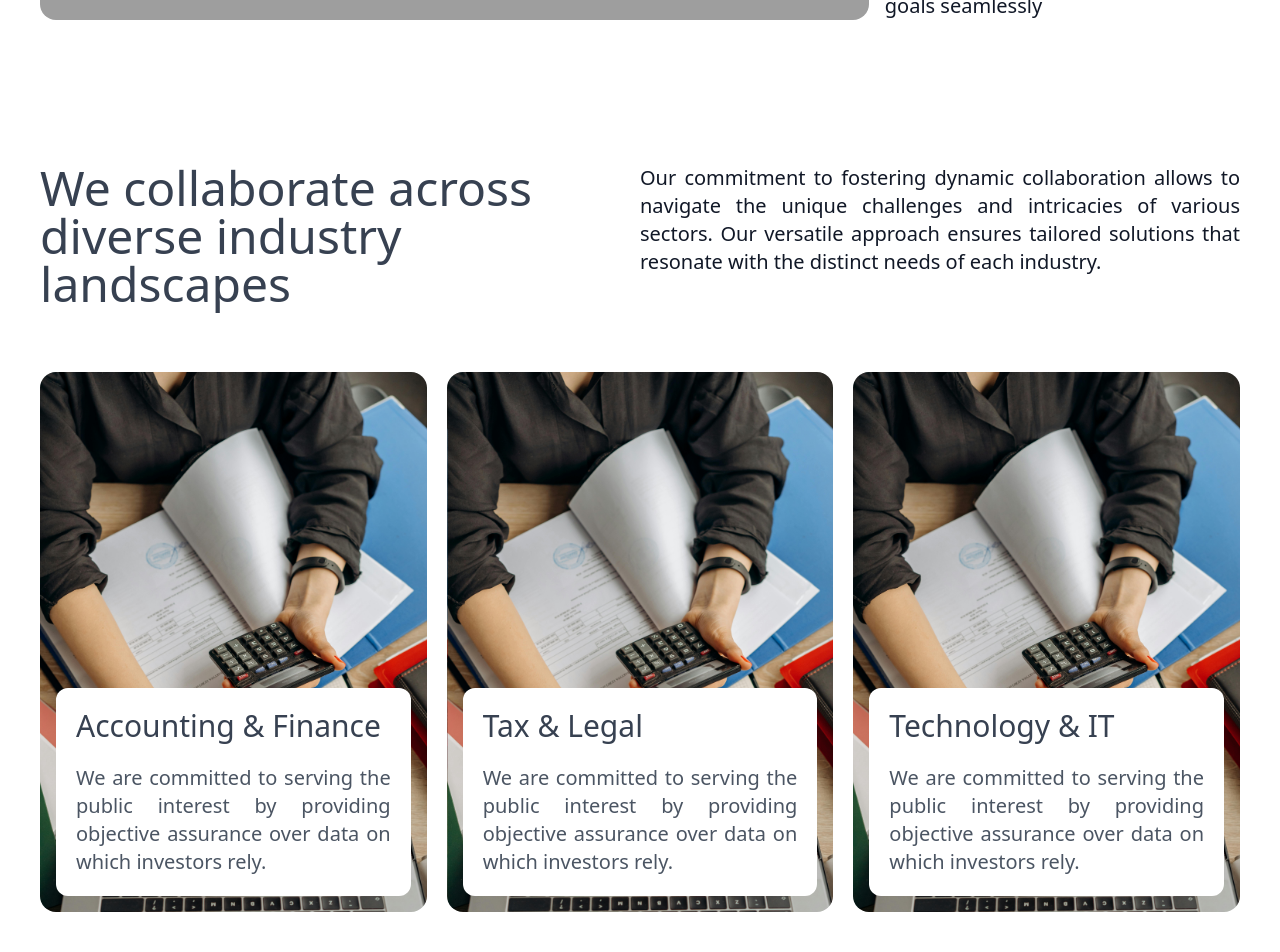
Repository: vespersolutionspk18/integrast-website
Page: /
These files come from the project's save history. The page is drawn as it stood at one moment and after the next save; the edit follows.
The browser window is 1280 px wide. The pictures show the part of the page from y = 774 to 1726 px (the page is 1726 px tall).
Pictures or frames that could not be fetched are drawn as grey boxes. The project was rebuilt for these pictures with package versions that can differ from the ones it lists, and the page was loaded fresh each time. The framework's server and built-in components were replaced by stand-ins that run in the browser. Also part of the build but not shown: next.config.ts.

Above is the page before, as saved 2024-12-09 16:07:33.

### app/layout.tsx
import type { Metadata } from "next";
import localFont from "next/font/local";
import "./globals.css";

const geistSans = localFont({
  src: "./fonts/GeistVF.woff",
  variable: "--font-geist-sans",
  weight: "100 900",
});
const geistMono = localFont({
  src: "./fonts/GeistMonoVF.woff",
  variable: "--font-geist-mono",
  weight: "100 900",
});

export const metadata: Metadata = {
  title: "Integra Strategy",
  description: "-",
};

export default function RootLayout({
  children,
}: Readonly<{
  children: React.ReactNode;
}>) {
  return (
    <html lang="en">
      <body
        className={`${geistSans.variable} ${geistMono.variable} antialiased`}
      >
        {children}
      </body>
    </html>
  );
}

### app/page.tsx
import Image from "next/image";
import Header from "./Header";
import Hero from "./Hero";
import Services from "./Services";

export default function Home() {
  return (
    <div>
      <Header />
      <Hero />
      <Services />
    </div>
  );
}

### app/Hero.tsx
import React from 'react'
import ButtonArrowwhite from "@/public/assets/buttonarrowwhite.svg";
import ButtonArrow from "@/public/assets/buttonarrow.svg";
const Hero = () => {
  return (
    <div className="flex flex-col p-10 ">
        <div className="flex flex-row mt-24 h-[190px] gap-5 ">
            <div className="w-[55%] flex flex-col">
                <h1 className="font-light font-sans text-6xl text-gray-600">Unlock Prosperity, <span className="text-gray-800">Choose Expert Guidance</span></h1>
                <h4 className="text-xl font-sans font-light text-gray-900 mt-6">Embark on a transformative journey to financial prosperity with our personalized accountancy services</h4>
            </div>
            <div className="w-[45%] flex flex-col justify-between ">
                <h4 className="text-xl text-justify font-light font-sans text-gray-900">Unlock tailored strategies, benefit from insightful guidances, and follow a clear pathway to achieve your financial success. Elevate your financial journey with our dedicated support and expertise. Contact us today to start your journey towards financial freedom.</h4>
                <div className="flex flex-row gap-5 pt-10">
                <div>
                <div id="button"
  className="group  bg-white h-[44px] flex-row border-[1px] border-gray-700 text-gray-900 text-[16px] py-1 px-1 font-light rounded-full hidden md:flex items-center justify-between w-[170px] transition-width duration-500 ease-in-out  hover:w-[195px] hover:bg-gray-700 hover:border-gray-700 hover:text-white "

>
  <div className="mx-3 font-sans font-regular">Get In Touch</div>
  <div className="bg-gray-700 rounded-full h-[36px] w-[36px] flex items-center justify-center transition-transform duration-500 ease-in-out group-hover:rotate-45">
    <ButtonArrowwhite className="h-[24px] w-[24px]" />
  </div>
            </div>
                </div>
                <div>
                <div id="button"
  className="group  bg-gray-700 h-[44px] flex-row border-[1px] border-gray-700 text-white text-[16px] py-1 px-1 font-light rounded-full hidden md:flex items-center justify-between w-[170px] transition-width duration-500 ease-in-out  hover:w-[195px] hover:bg-white hover:border-gray-700 hover:text-gray-700 "

>
  <div className="mx-3 font-sans font-regular">Get a Quote</div>
  <div className="bg-white rounded-full h-[36px] w-[36px] flex items-center justify-center transition-transform duration-500 ease-in-out group-hover:rotate-45 group-hover:border-[1px] group-hover:border-gray-700">
    <ButtonArrow className="h-[24px] w-[24px]" />
  </div>
            </div>
                </div>

                </div>
            </div>
        </div>


        <div className="flex flex-row h-[380px] gap-4 mt-16">
            <div className="w-[70%] rounded-2xl bg-cover bg-center" style={{backgroundImage: `url('/assets/heroimage3.jpg')`}}></div>
            <div className="w-[30%] flex flex-col justify-between ">
                <div className="w-full h-full rounded-2xl bg-cover bg-center" style={{backgroundImage: `url('/assets/heroimage4.jpg')`}}></div>
                <h5 className="font-sans text-gray-900 text-justify text-xl mt-3  font-light">Tailored solutions, expert guidance, and strategic planning to secure your wealth and achieve your financial goals seamlessly</h5>
            </div>
        </div>
    </div>
  )
}

export default Hero

### app/Services.tsx
import React from 'react'

const Services = () => {
  return (
    <div className="flex flex-col p-10 mt-16 ">
        <div className="flex flex-row items-start justify-start ">
            <div className="w-1/2 font-sans font-light text-5xl text-gray-700">We collaborate across diverse industry landscapes</div>
            <div className="w-1/2 font-sans text-gray-900 text-justify text-xl  font-light">Our commitment to fostering dynamic collaboration allows to navigate the unique challenges and intricacies of various sectors. Our versatile approach ensures tailored solutions that resonate with the distinct needs of each industry.</div>
        </div>
        <div className="flex flex-row gap-5 mt-16">
            <div className="rounded-2xl w-1/3 h-[540px] bg-cover bg-center flex items-end" style={{backgroundImage: `url('/assets/audit.jpg')`}}>
            <div className="bg-white m-4 w-full  rounded-[12px] flex flex-col">
            <h5 className="ml-5 mt-5 mr-5 mb-5 font-sans text-3xl text-gray-700 font-light">Accounting & Finance</h5>
            <p className="ml-5 mr-5 mb-5 text-justify font-sans font-light text-xl text-gray-600">We are committed to serving the public interest by providing objective assurance over data on which investors rely.</p>
            </div></div>
            <div className="rounded-2xl w-1/3 h-[540px] bg-cover bg-center flex items-end" style={{backgroundImage: `url('/assets/audit.jpg')`}}>
            <div className="bg-white m-4 w-full  rounded-[12px] flex flex-col">
            <h5 className="ml-5 mt-5 mr-5 mb-5 font-sans text-3xl text-gray-700 font-light">Tax & Legal</h5>
            <p className="ml-5 mr-5 mb-5 text-justify font-sans font-light text-xl text-gray-600">We are committed to serving the public interest by providing objective assurance over data on which investors rely.</p>
            </div></div>
            <div className="rounded-2xl w-1/3 h-[540px] bg-cover bg-center flex items-end" style={{backgroundImage: `url('/assets/audit.jpg')`}}>
            <div className="bg-white m-4 w-full  rounded-[12px] flex flex-col">
            <h5 className="ml-5 mt-5 mr-5 mb-5 font-sans text-3xl text-gray-700 font-light">Technology & IT</h5>
            <p className="ml-5 mr-5 mb-5 text-justify font-sans font-light text-xl text-gray-600">We are committed to serving the public interest by providing objective assurance over data on which investors rely.</p>
            </div></div>
        </div>
    </div>
  )
}

export default Services

Loaded but not shown: app/globals.css (common file); app/Header.tsx (common file); tailwind.config.ts (common file)

After the next save:
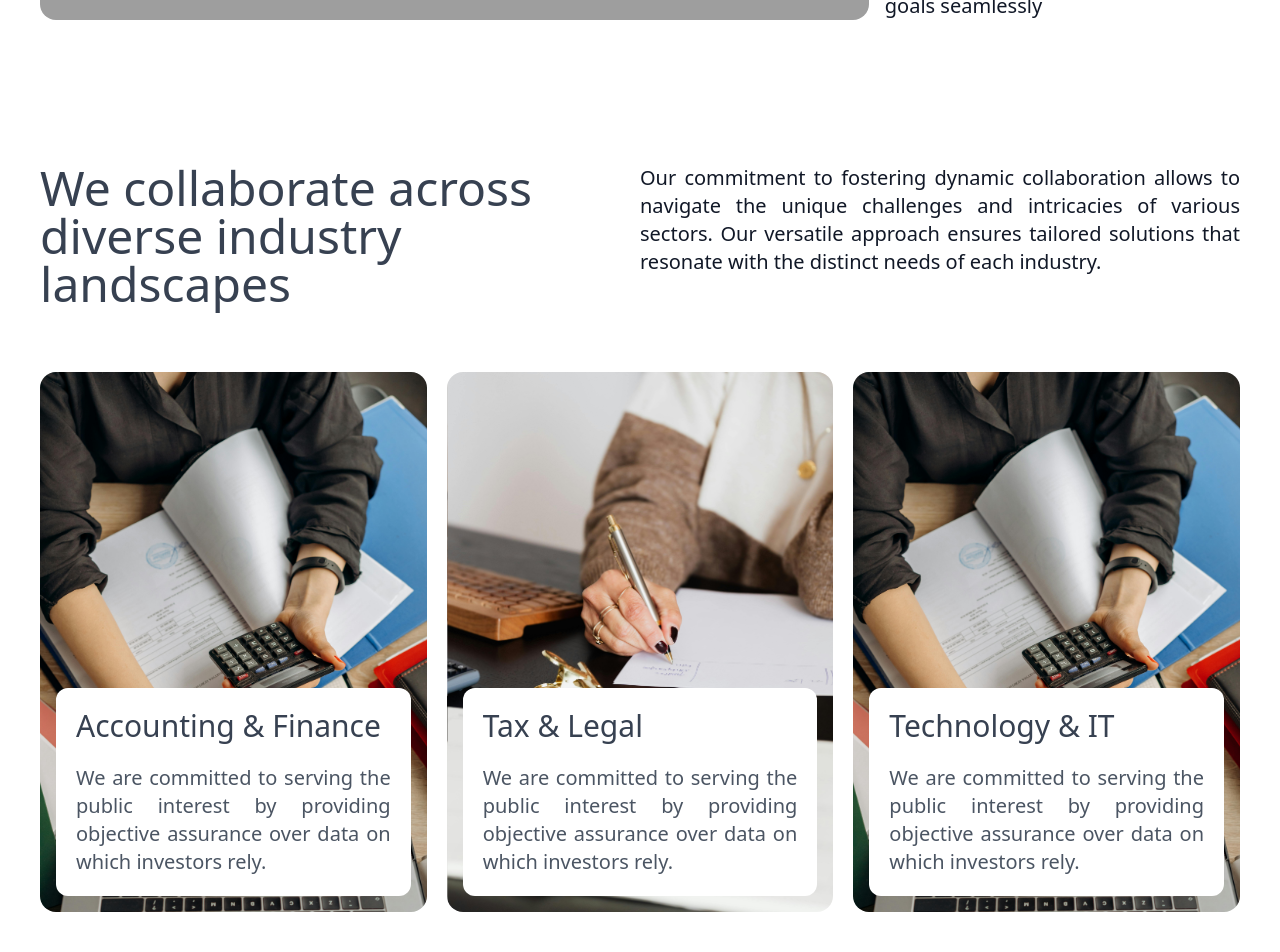
Saved 62 s later.
--- a/app/Services.tsx
+++ b/app/Services.tsx
@@ -13,7 +13,7 @@ const Services = () => {
             <h5 className="ml-5 mt-5 mr-5 mb-5 font-sans text-3xl text-gray-700 font-light">Accounting & Finance</h5>
             <p className="ml-5 mr-5 mb-5 text-justify font-sans font-light text-xl text-gray-600">We are committed to serving the public interest by providing objective assurance over data on which investors rely.</p>
             </div></div>
-            <div className="rounded-2xl w-1/3 h-[540px] bg-cover bg-center flex items-end" style={{backgroundImage: `url('/assets/audit.jpg')`}}>
+            <div className="rounded-2xl w-1/3 h-[540px] bg-cover bg-center flex items-end" style={{backgroundImage: `url('/assets/tax.jpg')`}}>
             <div className="bg-white m-4 w-full  rounded-[12px] flex flex-col">
             <h5 className="ml-5 mt-5 mr-5 mb-5 font-sans text-3xl text-gray-700 font-light">Tax & Legal</h5>
             <p className="ml-5 mr-5 mb-5 text-justify font-sans font-light text-xl text-gray-600">We are committed to serving the public interest by providing objective assurance over data on which investors rely.</p>
